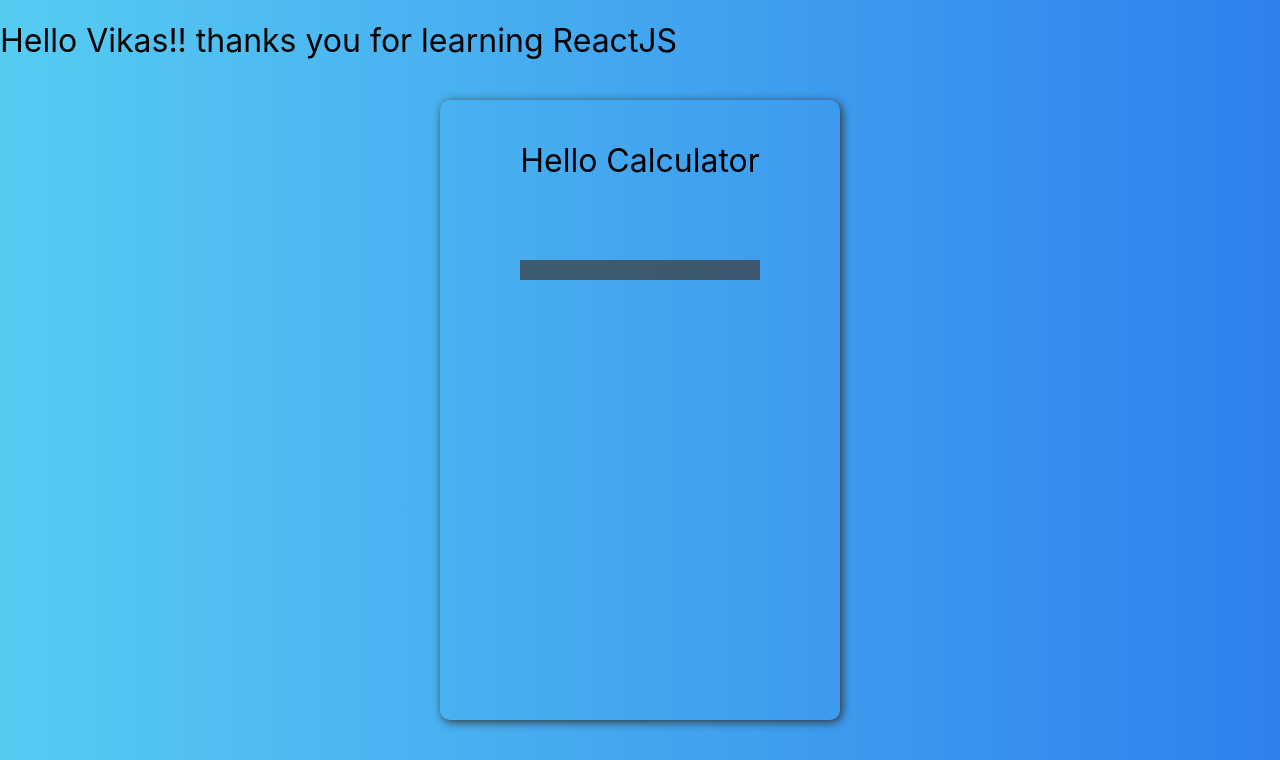
Repository: vikas-1234/calculator
Page: /
The author's editor kept a copy of each file at every save. The page is drawn from the files as they stood at one save, then again after the next save.
The browser window is 1280 px wide. The pictures show the whole page.
The project was rebuilt for these pictures with package versions that can differ from the ones it lists, and the page was loaded fresh each time.

Above is the page before, as saved 2024-01-17 21:29:16.

### src/index.css
*,*::before,*::after{
  box-sizing: border-box;
  font-weight: normal;
}



body {
  margin: 0;
  padding: 0;
  background: linear-gradient(to right,#56ccf2, #2f80ed);
  font-family: -apple-system, BlinkMacSystemFont, 'Segoe UI', 'Roboto', 'Oxygen',
    'Ubuntu', 'Cantarell', 'Fira Sans', 'Droid Sans', 'Helvetica Neue',
    sans-serif;
  -webkit-font-smoothing: antialiased;
  -moz-osx-font-smoothing: grayscale;
}

code {
  font-family: source-code-pro, Menlo, Monaco, Consolas, 'Courier New',
    monospace;
}

### src/App.js

import Calculator from "./Components/Calculator";
function App() {
  return (
    <div className="App">
      <h1>Hello Vikas!! thanks you for learning ReactJS</h1>
      <Calculator/>
    </div>
  );
}

export default App;

### src/Components/Calculator.jsx
import React from 'react'
import {Container,Screen,Previous,Current} from "../Styles/Main";


const Calculator = () => {
  return (
    <>
    <Container>
    <h1>Hello Calculator</h1>
      <Screen>
        <Previous></Previous>
        <Current></Current>
        </Screen>

    </Container>

    </>
  )
}

export default Calculator

### src/Styles/Main.jsx
import styled from "styled-components";

export const Container = styled.div`
    display:grid;
    justify-content:center;
    align-items:center;
    width:400px;
    min-height:500px;
    margin:40px auto;
    grid-template-column:repeat(4,100px);
    grid-template-rows:minmax(120px, auto) repeat(5,100px);
    box-shadow:2px 2px 10px #333;
    border-radius:10px;

`;

export const Screen = styled.div`
    gird-column: 1/-1;
    background-color: rgba(60,64,67,0.75);
    display: flex;
    justify-content: center;
    flex-friction: column;
    padding: 10px;
    word-wrap: break-word;
    break-word: bread-all;
    text-align: right;
    border-top-left-radius: 10px
    border-top-right-radius: 10px;



`;


export const Previous = styled.div`
    color: rgba(255,255,255,0.75);
    font-size: 1.5rem;


`;

export const Current = styled.div`
    color: white;
    font-size: 2.5rem;


`;

Loaded but not shown: public/index.html (common file); src/index.js (common file); src/reportWebVitals.js (common file)

After the next save:
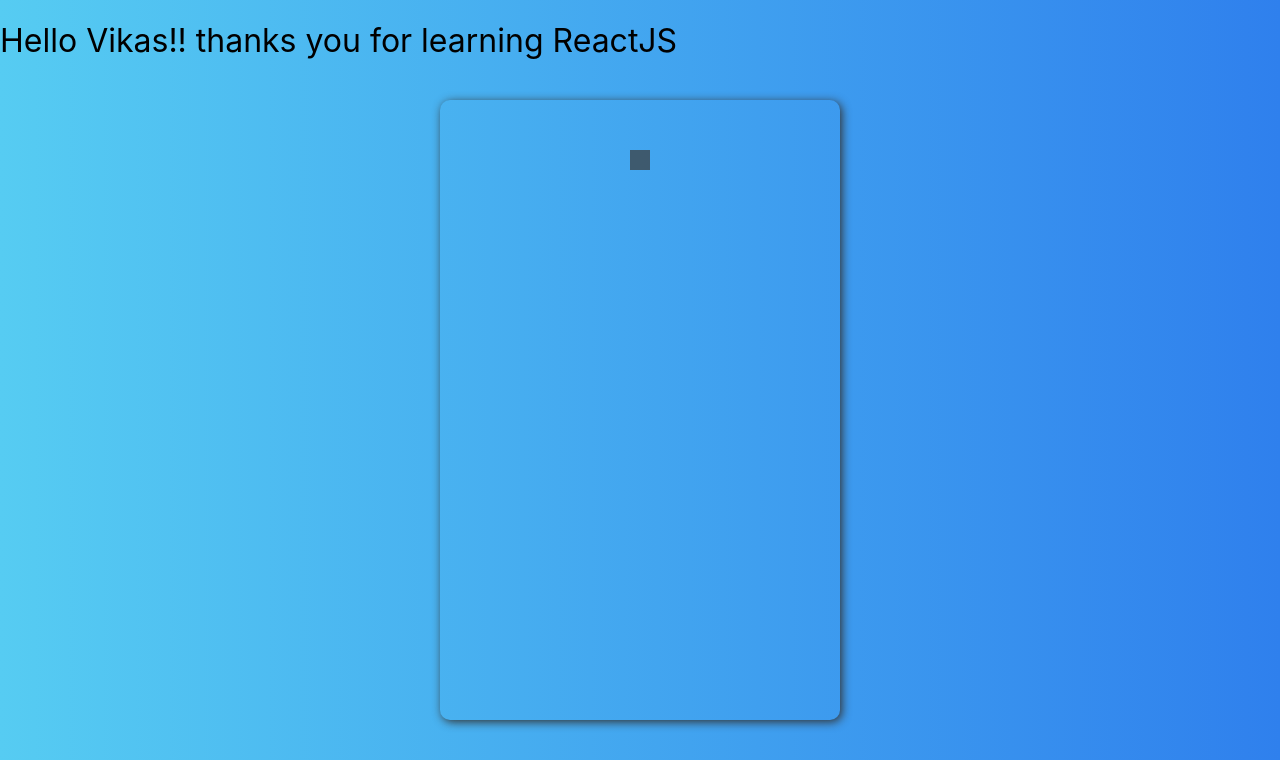
Saved 12 s later.
--- a/src/Components/Calculator.jsx
+++ b/src/Components/Calculator.jsx
@@ -6,7 +6,7 @@
   return (
     <>
     <Container>
-    <h1>Hello Calculator</h1>
+
       <Screen>
         <Previous></Previous>
         <Current></Current>
